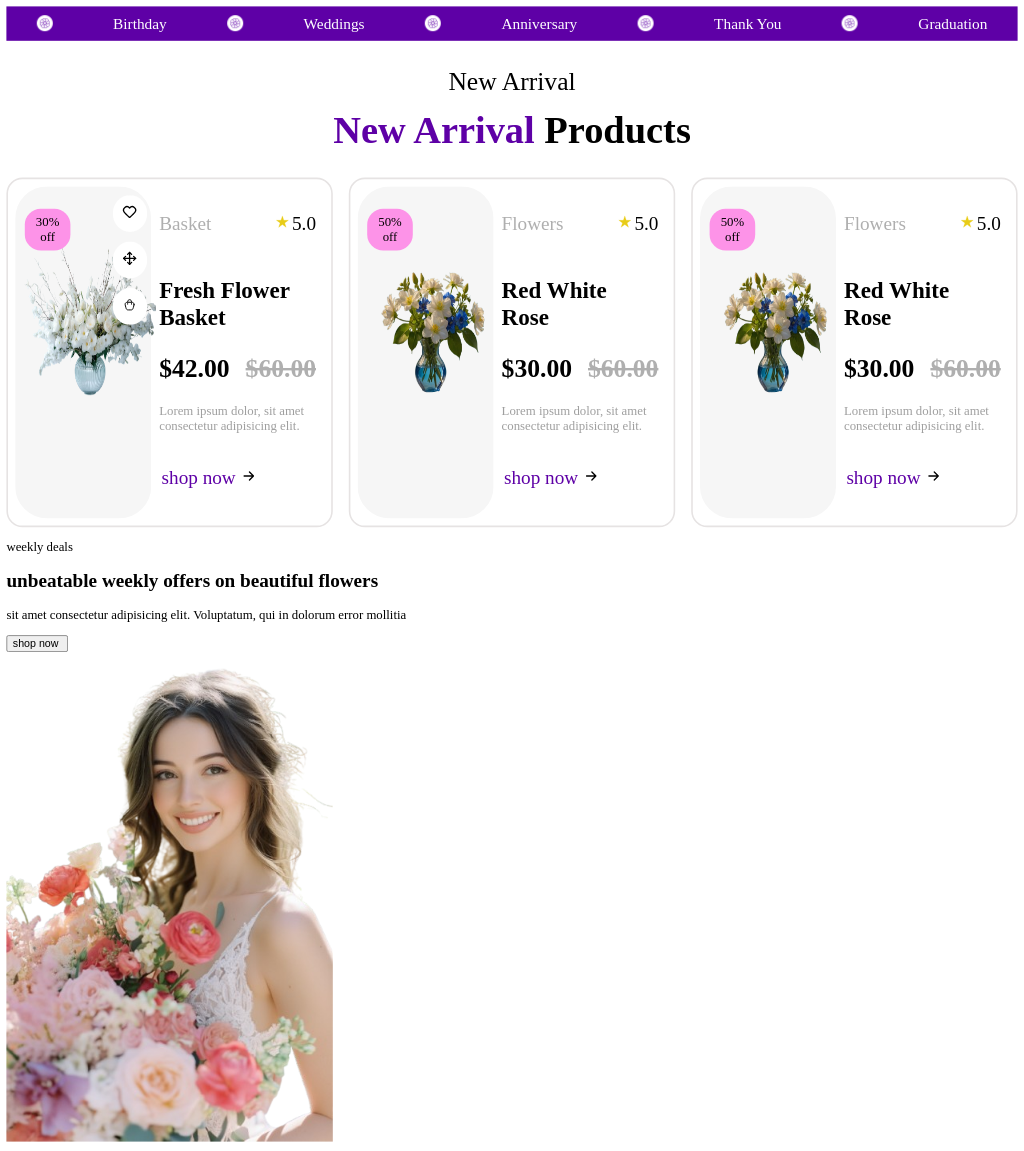
Repository: KolawoleTemilade/classroom-learning
Page: newarrival/index.html
These files come from the project's save history. The page is drawn as it stood at one moment and after the next save; the edit follows.
The browser window is 1280 px wide. The pictures show the whole page, at 80% of full size.

Above is the page before, as saved 2025-10-02 10:50:20.

### newarrival/index.html
<!DOCTYPE html>
<html lang="en">
  <head>
    <meta charset="UTF-8" />
    <meta name="viewport" content="width=h, initial-scale=1.0" />
    <title>new arrival</title>
    <link rel="stylesheet" href="style.css" />
  </head>
  <body>
    <section class="new-arrival-sect">
    <div class="marq-sect">
      <div class="marque">
        <img
          src="../newarrival/images/icons/marqueflower.png"
          alt="flower-icon"
          width="20"
          height="20"
        />
        <span>birthday</span>
        <img
          src="../newarrival/images/icons/marqueflower.png"
          alt="flower-icon"
          width="20"
          height="20"
        />
        <span>weddings</span>
        <img
          src="../newarrival/images/icons/marqueflower.png"
          alt="flower-icon"
          width="20"
          height="20"
        />
        <span>anniversary</span>
        <img
          src="../newarrival/images/icons/marqueflower.png"
          alt="flower-icon"
          width="20"
          height="20"
        />
        <span>thank you</span>
        <img
          src="../newarrival/images/icons/marqueflower.png"
          alt="flower-icon"
          width="20"
          height="20"
        />
        <span>graduation</span>
      </div>
    </div>

      <div class="new-arrival">
        <div class="new-arrival-title">
          <p class="title1">
            new arrival
            <span class="title2"
              >new arrival <span class="product-title">products</span></span
            >
          </p>
        </div>
        <section class="card-sec">
          <div class="new-arrival-product-card">
            <div class="product-card">
              <div class="img-sect">
                <img
                  src="./images/new-arrival/flower4.png"
                  alt="flower1"
                  width="200"
                  height="2 ,8>00"
                />
                <div class="absolute-container">
                  <p class="slash">30% off</p>
                  <div class="icons-sec">
                    <div class="icons">
                      <img
                        src="./images/icons/heart.svg"
                        alt="heart"
                        width="20"
                        height="20"
                      />
                    </div>
                    <div class="icons">
                      <img
                        src="./images/icons/crossedarrow.svg"
                        alt="arrow"
                        width="20"
                        height="20"
                      />
                    </div>
                    <div class="icons">
                      <img
                        src="./images/icons/shoppingbag.svg"
                        alt="shoppingbag"
                        width="20"
                        height="20"
                      />
                    </div>
                  </div>
                </div>
              </div>
              <div class="text-sect">
                <div class="basket-sec">
                  <p>basket</p>
                  <div class="rating-sec">
                    <img
                      src="./images/icons/ratings.svg"
                      alt="ratings"
                      width="20"
                      height="20"
                    />
                    <span>5.0</span>
                  </div>
                </div>
                <div class="fresh-flower-sec">
                  <h3>fresh flower basket</h3>
                  <h2>$42.00 <span class="slashed"> $60.00</span></h2>
                  <p>
                    Lorem ipsum dolor, sit amet consectetur adipisicing elit.
                  </p>
                  <div class="shop-btn">
                    <p>
                      shop now
                      <span
                        ><img
                          src="./images/icons/rightarrow.svg"
                          alt="right arrow"
                          width="20"
                          height="20"
                      /></span>
                    </p>
                  </div>
                </div>
              </div>
            </div>
          </div>
          <div class="new-arrival-product-card">
            <div class="product-card">
              <div class="img-sect">
                <img
                  src="./images/new-arrival/flower6.png"
                  alt="flower6"
                  width="200"
                  height="2 ,8>00"
                />
                <div class="absolute-container">
                  <p class="slash">50% off</p>
                  <div class="icons-sec2">
                    <div class="icons">
                      <img
                        src="./images/icons/heart.svg"
                        alt="heart"
                        width="20"
                        height="20"
                      />
                    </div>
                    <div class="icons">
                      <img
                        src="./images/icons/crossedarrow.svg"
                        alt="arrow"
                        width="20"
                        height="20"
                      />
                    </div>
                    <div class="icons">
                      <img
                        src="./images/icons/shoppingbag.svg"
                        alt="shoppingbag"
                        width="20"
                        height="20"
                      />
                    </div>
                  </div>
                </div>
              </div>
              <div class="text-sect">
                <div class="basket-sec">
                  <p>flowers</p>
                  <div class="rating-sec">
                    <img
                      src="./images/icons/ratings.svg"
                      alt="ratings"
                      width="20"
                      height="20"
                    />
                    <span>5.0</span>
                  </div>
                </div>
                <div class="fresh-flower-sec">
                  <h3>red white rose</h3>
                  <h2>$30.00 <span class="slashed"> $60.00</span></h2>
                  <p>
                    Lorem ipsum dolor, sit amet consectetur adipisicing elit.
                  </p>
                  <div class="shop-btn">
                    <p>
                      shop now
                      <span
                        ><img
                          src="./images/icons/rightarrow.svg"
                          alt="right arrow"
                          width="20"
                          height="20"
                      /></span>
                    </p>
                  </div>
                </div>
              </div>
            </div>
          </div>
          <div class="new-arrival-product-card">
            <div class="product-card">
              <div class="img-sect">
                <img
                  src="./images/new-arrival/flower6.png"
                  alt="flower6"
                  width="200"
                  height="2 ,8>00"
                />
                <div class="absolute-container">
                  <p class="slash">50% off</p>
                  <div class="icons-sec2">
                    <div class="icons">
                      <img
                        src="./images/icons/heart.svg"
                        alt="heart"
                        width="20"
                        height="20"
                      />
                    </div>
                    <div class="icons">
                      <img
                        src="./images/icons/crossedarrow.svg"
                        alt="arrow"
                        width="20"
                        height="20"
                      />
                    </div>
                    <div class="icons">
                      <img
                        src="./images/icons/shoppingbag.svg"
                        alt="shoppingbag"
                        width="20"
                        height="20"
                      />
                    </div>
                  </div>
                </div>
              </div>
              <div class="text-sect">
                <div class="basket-sec">
                  <p>flowers</p>
                  <div class="rating-sec">
                    <img
                      src="./images/icons/ratings.svg"
                      alt="ratings"
                      width="20"
                      height="20"
                    />
                    <span>5.0</span>
                  </div>
                </div>
                <div class="fresh-flower-sec">
                  <h3>red white rose</h3>
                  <h2>$30.00 <span class="slashed"> $60.00</span></h2>
                  <p>
                    Lorem ipsum dolor, sit amet consectetur adipisicing elit.
                  </p>
                  <div class="shop-btn">
                    <p>
                      shop now
                      <span
                        ><img
                          src="./images/icons/rightarrow.svg"
                          alt="right arrow"
                          width="20"
                          height="20"
                      /></span>
                    </p>
                  </div>
                </div>
              </div>
            </div>
          </div>
        </section>
      </div>
      <section class="weekly-deals">
        <div class="weekly-text-sec">
            <p>weekly deals</p>
            <h2>unbeatable weekly offers on <span>beautiful flowers</span></h2>
            <p>
               sit amet consectetur adipisicing elit. Voluptatum, qui in dolorum error mollitia
            </p>
            <button>shop now <span><img src="" alt=""></span></button>
        </div>
        <div class="weekly-img-sec">
          <img src="./images/new-arrival/flowergirl.png" alt="flower girl">
        </div>

      </section>
    </section>
  </body>
</html>

### newarrival/style.css

.new-arrival-sect >  {
  display: flex;
  flex-direction: column;
  align-items: center;
  background-color: #F6F6F6;
  width: 100%;
}
.marq-sect {
  background-color: #5e00a6;
  height: 6vh;
  width: 100%;
  align-content: center;
}
.marque {
  display: flex;
  align-content: center;
  justify-content: space-around;
}
.marque > span {
  text-transform: capitalize;
  color: white;
  font-size: 1.2rem;
}
.new-arrival{
  display: flex;
  flex-direction: column;
  align-items: center;
}
.title1 {
  font-size: 2rem;
  display: flex;
  flex-direction: column;
  align-items: center;
  justify-content: center;
  gap: 15px;
  text-transform: capitalize;
}
.title2 {
  font-size: 3rem;
  color: #5e00a6;
  font-weight: 700;
}
.product-title {
  color: black;
  font-size: 3rem;
  font-weight: 700;
}
.card-sec {
  display: flex;
  gap:20px;
  width: 100%;
}
.new-arrival-product-card {
  border: 2px solid rgb(230, 227, 227);
  padding: 9px;
  border-radius: 20px;
  background-color: #ffffff;
  width: 100%;
}
.product-card {
  display: flex;
  background-color: #ffffff;
  width: 100%;
}
.img-sect {
  position: relative;
  border: 3px solid transparent;
  border-radius: 40px;
  background-color: #f6f6f6;
  width: 100%;
  padding: 9px;
}
.img-sect > img {
  position: absolute;
  top: 15%;
  width: 100%;
  height: 30vh;
}
.absolute-container > p {
  padding: 8px;
  width: 25%;
  border-radius: 20px;
  text-align: center;
}
.slash {
  position: absolute;
  background: #fd93e8;
}

.icons-sec {
  position: absolute;
  top: 2%;
  right: 2%;
  display: flex;
  flex-direction: column;
  gap: 12px;
}
.icons {
  padding: 10px;
  width: 50%;
  border: 1px solid transparent;
  border-radius: 50%;
  background-color: white;
}
.text-sect {
  width: 100%;
  padding: 10px;
}
.basket-sec {
  display: flex;
  justify-content: space-between;
  align-items: center;
}
.basket-sec > p {
  text-transform: capitalize;
  color: #afafaf;
  font-size: 1.5rem;
}
.rating-sec {
  display: flex;
  gap: 2px;
  font-size: 1.5rem;
}
.fresh-flower-sec > h3 {
  font-size: 1.8rem;
  text-transform: capitalize;
  font-weight: 600;
}
.fresh-flower-sec > h2 {
  font-size: 2rem;
  display: flex;
  gap: 20px;
}
.slashed {
  color: #afafaf;
  text-decoration: line-through;
}
.fresh-flower-sec > p {
  font-size: 1.rem;
  color: #9f9f9f;
}
.shop-btn {
  color: #5e00a6;
  display: flex;
  align-items: center;
  padding: 3px;
  font-size: 1.5rem;
}
.icons-sec2 {
    display: none;
}

After the next save:
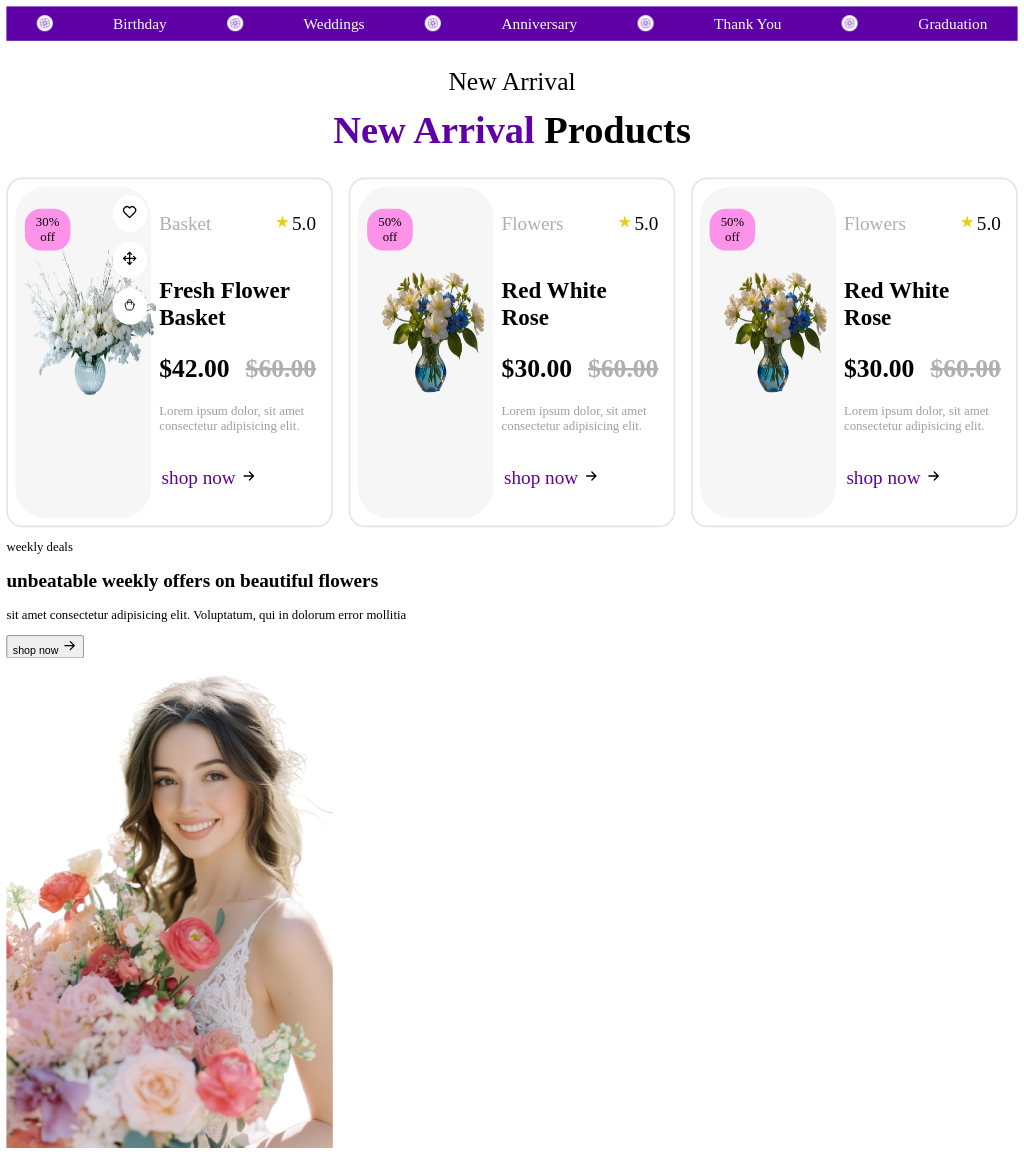
Saved 71 s later.
--- a/newarrival/index.html
+++ b/newarrival/index.html
@@ -289,7 +289,13 @@
             <p>
                sit amet consectetur adipisicing elit. Voluptatum, qui in dolorum error mollitia
             </p>
-            <button>shop now <span><img src="" alt=""></span></button>
+            <button>shop now <span
+              ><img
+                src="./images/icons/rightarrow.svg"
+                alt="right arrow"
+                width="20"
+                height="20"
+            /></span></button>
         </div>
         <div class="weekly-img-sec">
           <img src="./images/new-arrival/flowergirl.png" alt="flower girl">
